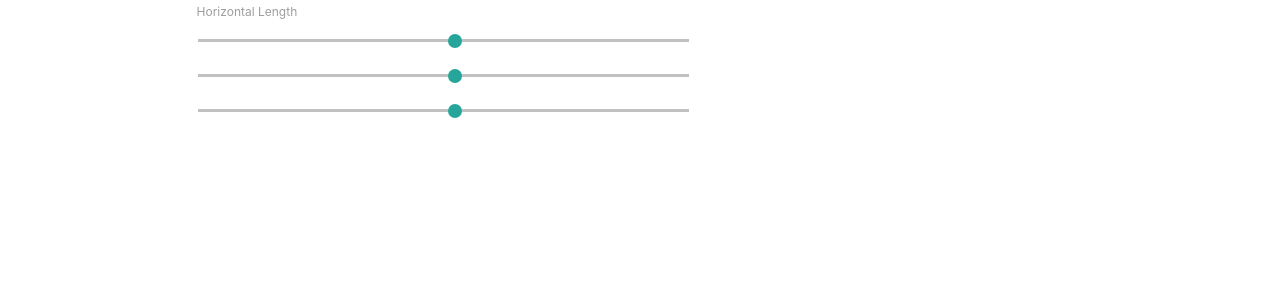
Repository: imrvj/Box-Shadow
Page: /
The author's editor kept a copy of each file at every save. The page is drawn from the files as they stood at one save, then again after the next save.
The browser window is 1280 px wide. The pictures show the whole page.
The project was rebuilt for these pictures with package versions that can differ from the ones it lists, and the page was loaded fresh each time.

Above is the page before, as saved 2020-02-19 23:16:48.

### public/index.html
<!DOCTYPE html>
<html lang="en">
  <head>
    <meta charset="utf-8" />
    <link rel="icon" href="%PUBLIC_URL%/favicon.ico" />
    <meta name="viewport" content="width=device-width, initial-scale=1" />
    <meta name="theme-color" content="#000000" />
    <meta
      name="description"
      content="Web site created using create-react-app"
    />
    <link rel="apple-touch-icon" href="%PUBLIC_URL%/logo192.png" />
    <!--
      manifest.json provides metadata used when your web app is installed on a
      user's mobile device or desktop. See https://developers.google.com/web/fundamentals/web-app-manifest/
    -->
    <link rel="manifest" href="%PUBLIC_URL%/manifest.json" />
    <!--
      Notice the use of %PUBLIC_URL% in the tags above.
      It will be replaced with the URL of the `public` folder during the build.
      Only files inside the `public` folder can be referenced from the HTML.

      Unlike "/favicon.ico" or "favicon.ico", "%PUBLIC_URL%/favicon.ico" will
      work correctly both with client-side routing and a non-root public URL.
      Learn how to configure a non-root public URL by running `npm run build`.
    -->
    <!-- Compiled and minified CSS -->
    <link rel="stylesheet" href="https://cdnjs.cloudflare.com/ajax/libs/materialize/1.0.0/css/materialize.min.css">

    <title>React App</title>
  </head>
  <body>
    <noscript>You need to enable JavaScript to run this app.</noscript>
    <div id="root"></div>
    <!--
      This HTML file is a template.
      If you open it directly in the browser, you will see an empty page.

      You can add webfonts, meta tags, or analytics to this file.
      The build step will place the bundled scripts into the <body> tag.

      To begin the development, run `npm start` or `yarn start`.
      To create a production bundle, use `npm run build` or `yarn build`.
    -->
       <!-- Compiled and minified JavaScript -->
       <script src="https://cdnjs.cloudflare.com/ajax/libs/materialize/1.0.0/js/materialize.min.js"></script>

  </body>
</html>

### src/App.js
import React, { useState } from 'react';

import './App.css';

function App() {
  const [Hori, setHori] = useState(10)
  const [Veri, setVeri] = useState(10)
  const [Blur, setBlur] = useState(10)
  return (
    <div className="App">

      <div className="controls">
      <label>Horizontal Length</label>

      <input type="range"  min="-200" max="200" value={Hori} onChange={(e)=>setHori(e.target.value)}/>
      <input type="range"  min="-200" max="200" value={Hori} onChange={(e)=>setHori(e.target.value)}/>
      <input type="range"  min="-200" max="200" value={Hori} onChange={(e)=>setHori(e.target.value)}/>



      </div>
      <div className="output"></div>
    </div>
  );
}

export default App;

### src/App.css
.App
{
    display: flex;
    justify-content: space-around;
}

Loaded but not shown: src/index.js (common file); src/index.css (common file); src/serviceWorker.js (common file)

After the next save:
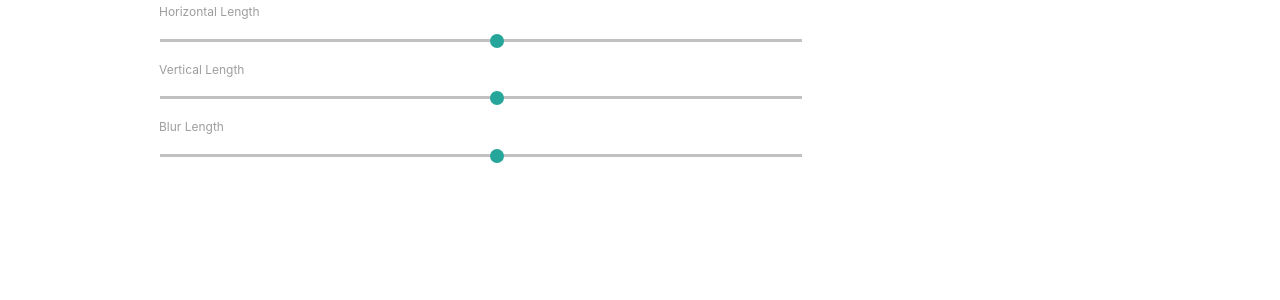
Saved 22 s later.
--- a/src/App.js
+++ b/src/App.js
@@ -11,9 +11,10 @@ function App() {
 
       <div className="controls">
       <label>Horizontal Length</label>
-
       <input type="range"  min="-200" max="200" value={Hori} onChange={(e)=>setHori(e.target.value)}/>
+      <label>Vertical Length</label>
       <input type="range"  min="-200" max="200" value={Hori} onChange={(e)=>setHori(e.target.value)}/>
+      <label>Blur Length</label>
       <input type="range"  min="-200" max="200" value={Hori} onChange={(e)=>setHori(e.target.value)}/>
 
 
